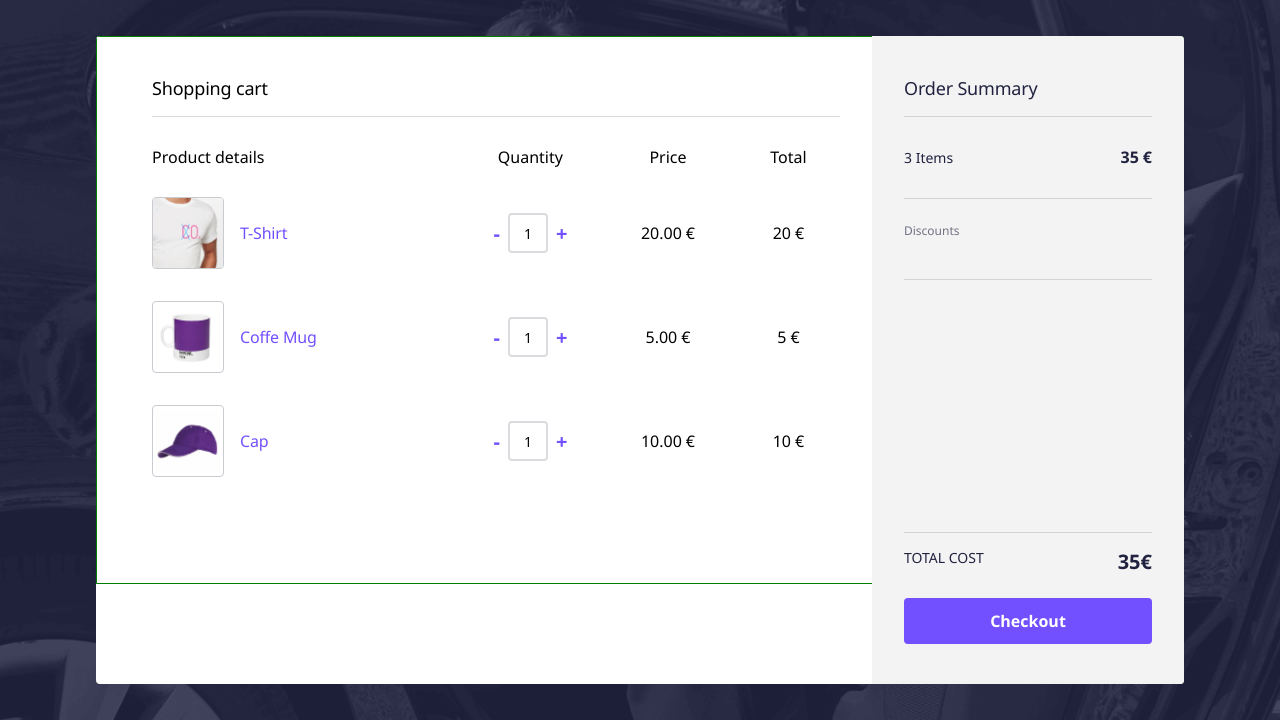
Repository: banchiec/challengecbfy
Page: /
These files come from the project's save history. The page is drawn as it stood at one moment and after the next save; the edit follows.
The browser window is 1280 px wide. The pictures show the whole page.
Some web fonts or font styles are not loaded; a fallback is used. The project was rebuilt for these pictures with package versions that can differ from the ones it lists, and the page was loaded fresh each time. Also part of the build but not shown: craco.config.js.

Above is the page before, as saved 2021-12-10 13:01:36.

After the next save:
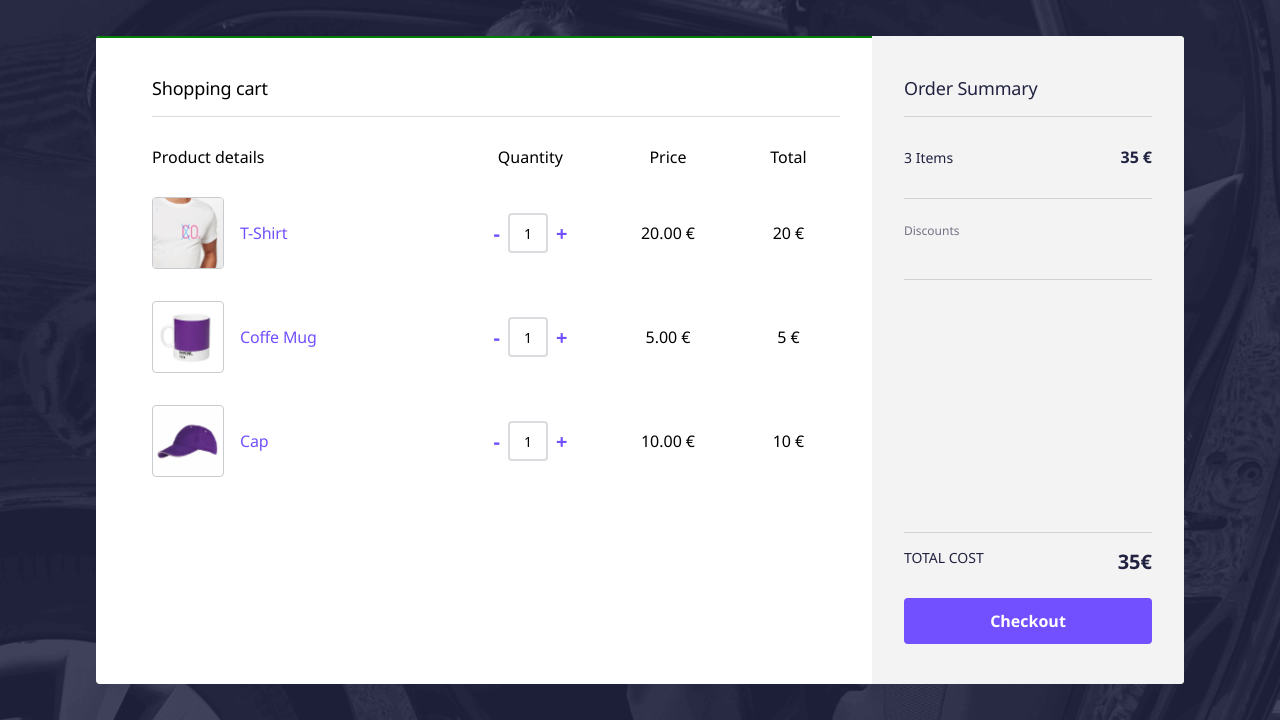
Saved 15 s later.
--- a/src/App.css
+++ b/src/App.css
@@ -492,8 +492,9 @@ input {
 .modal {
   position: absolute ;
   width: 1088px;
-  height: 548px;
+  height: auto;
   border: 0;
+
   z-index: -1;
   /* left: 176px; */
   /* top: 126px; */
